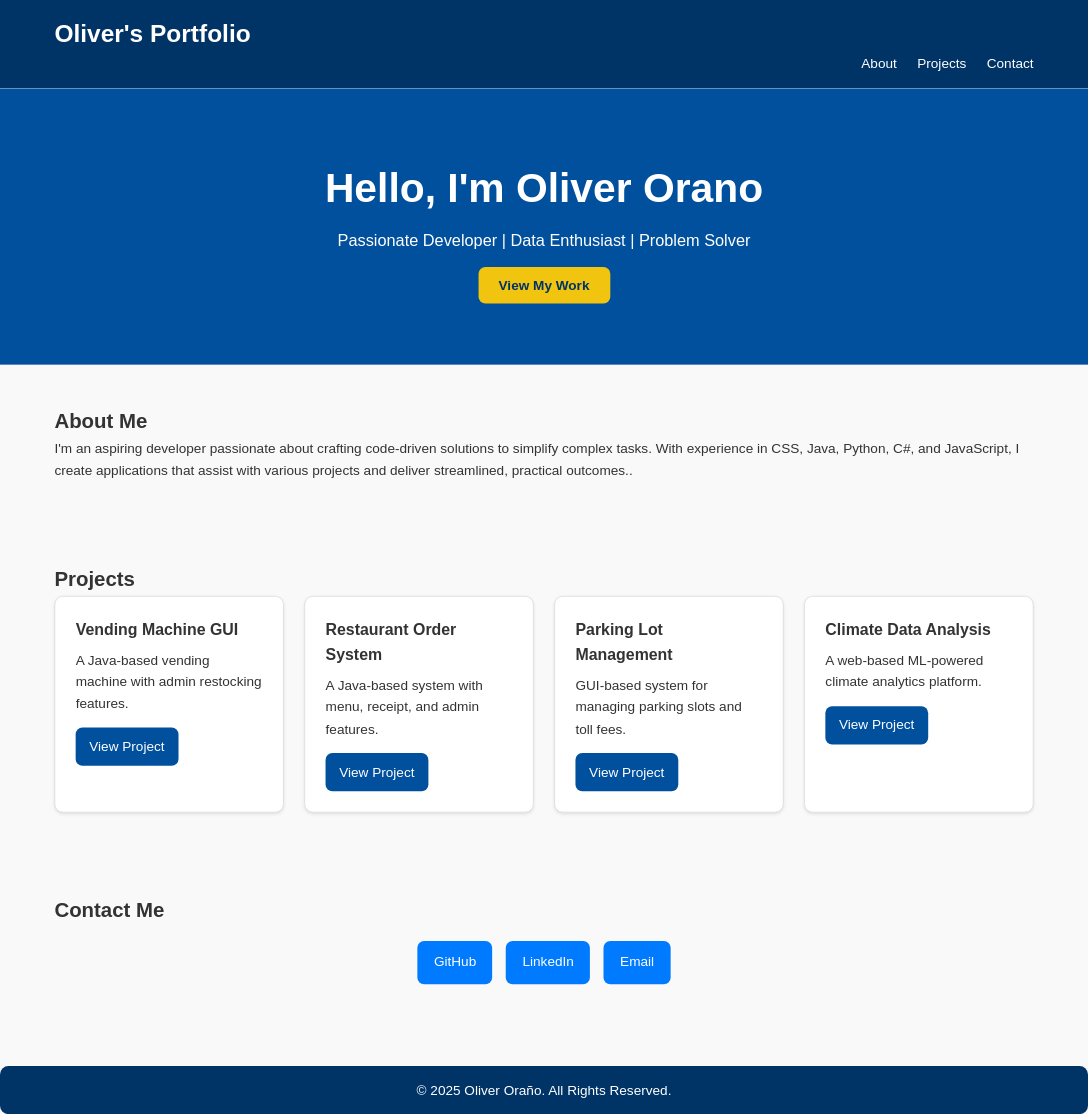
Repository: nightmar3fuel/portfolio.html
Page: my.html
These files come from the project's save history. The page is drawn as it stood at one moment and after the next save; the edit follows.
The browser window is 1280 px wide. The pictures show the whole page, at 85% of full size.

Above is the page before, as saved 2025-02-06 14:35:45.

### my.html
<!DOCTYPE html>
<html lang="en">

<head>
    <meta charset="UTF-8">
    <meta name="viewport" content="width=device-width, initial-scale=1.0">
    <title>Your Portfolio</title>
    <link rel="stylesheet" href="styles.css">
</head>

<body>
    <header>
        <nav class="navbar">
            <div class="container">
                <h1 class="logo">Oliver's Portfolio</h1>
                <ul class="nav-links">
                    <li><a href="#about">About</a></li>
                    <li><a href="#projects">Projects</a></li>
                    <li><a href="#contact">Contact</a></li>
                </ul>
            </div>
        </nav>
    </header>

    <section id="hero">
        <div class="hero-container">
            <h2>Hello, I'm Oliver Orano</h2>
            <p>Passionate Developer | Data Enthusiast | Problem Solver</p>
            <a href="#projects" class="cta-button">View My Work</a>
        </div>
    </section>

    <section id="about">
        <div class="container">
            <h2>About Me</h2>
            <p>I'm an aspiring developer passionate about crafting code-driven solutions to simplify complex tasks. With experience in CSS, Java, Python, C#, and JavaScript, I create applications that assist with various projects and deliver streamlined,
                practical outcomes..</p>
        </div>
    </section>

    <section id="projects">
        <div class="container">
            <h2>Projects</h2>
            <div class="project-grid">
                <div class="project-card">
                    <h3>Vending Machine GUI</h3>
                    <p>A Java-based vending machine with admin restocking features.</p>
                    <a href="#" target="_blank" class="project-link">View Project</a>
                </div>
                <div class="project-card">
                    <h3>Restaurant Order System</h3>
                    <p>A Java-based system with menu, receipt, and admin features.</p>
                    <a href="#" target="_blank" class="project-link">View Project</a>
                </div>
                <div class="project-card">
                    <h3>Parking Lot Management</h3>
                    <p>GUI-based system for managing parking slots and toll fees.</p>
                    <a href="#" target="_blank" class="project-link">View Project</a>
                </div>
                <div class="project-card">
                    <h3>Climate Data Analysis</h3>
                    <p>A web-based ML-powered climate analytics platform.</p>
                    <a href="#" target="_blank" class="project-link">View Project</a>
                </div>
            </div>
        </div>
    </section>

    <section id="contact">
        <div class="container">
            <h2>Contact Me</h2>
            <div class="contact-links">
                <a href="https://github.com/nightmar3fuel" target="_blank">GitHub</a>
                <a href="https://linkedin.com/in/yourlinkedin" target="_blank">LinkedIn</a>
                <a href="mailto:oliverorano141@gmail.com">Email</a>
            </div>
        </div>
    </section>

    <footer>
        <p>&copy; 2025 Oliver Oraño. All Rights Reserved.</p>
    </footer>

</body>

</html>

### styles.css
/* General Reset */

* {
    margin: 0;
    padding: 0;
    box-sizing: border-box;
}

body {
    font-family: 'Arial', sans-serif;
    background-color: #f9f9f9;
    color: #333;
    line-height: 1.6;
}


/* Navbar */

.navbar {
    background-color: #003366;
    color: white;
    padding: 1rem 0;
    position: sticky;
    top: 0;
    z-index: 1000;
}

.container {
    max-width: 1200px;
    margin: 0 auto;
    padding: 0 1.5rem;
}

.navbar .logo {
    font-size: 1.8rem;
    font-weight: bold;
}

.nav-links {
    list-style: none;
    display: flex;
    justify-content: flex-end;
}

.nav-links li {
    margin-left: 1.5rem;
}

.nav-links a {
    color: white;
    text-decoration: none;
    font-size: 1rem;
    transition: color 0.3s;
}

.nav-links a:hover {
    color: #f1c40f;
}


/* Hero Section */

#hero {
    background-color: #00509e;
    color: white;
    padding: 5rem 0;
    text-align: center;
}

.hero-container h2 {
    font-size: 3rem;
    margin-bottom: 0.5rem;
}

.hero-container p {
    font-size: 1.2rem;
    margin-bottom: 1.5rem;
}

.cta-button {
    background-color: #f1c40f;
    color: #003366;
    padding: 0.8rem 1.5rem;
    text-decoration: none;
    font-weight: bold;
    border-radius: 8px;
    transition: background-color 0.3s;
}

.cta-button:hover {
    background-color: #003366;
    color: white;
}


/* Section Styling */

section {
    padding: 3rem 0;
}


/* Project Section */

.project-grid {
    display: grid;
    grid-template-columns: repeat(auto-fit, minmax(250px, 1fr));
    gap: 1.5rem;
}

.project-card {
    background: white;
    padding: 1.5rem;
    border: 1px solid #ddd;
    border-radius: 10px;
    box-shadow: 0 2px 4px rgba(0, 0, 0, 0.1);
    transition: transform 0.2s, box-shadow 0.2s;
}

.project-card:hover {
    transform: translateY(-5px);
    box-shadow: 0 4px 8px rgba(0, 0, 0, 0.2);
}

.project-card h3 {
    margin-bottom: 0.5rem;
}

.project-card p {
    margin-bottom: 1rem;
}

.project-link {
    text-decoration: none;
    background-color: #00509e;
    color: white;
    padding: 0.6rem 1rem;
    border-radius: 8px;
    display: inline-block;
    transition: background-color 0.3s;
}

.project-link:hover {
    background-color: #003366;
}


/* Contact Section */

.contact-links {
    display: flex;
    justify-content: center;
    gap: 1rem;
    margin-top: 1rem;
}

.contact-links a {
    text-decoration: none;
    background-color: #007BFF;
    color: white;
    padding: 0.8rem 1.2rem;
    border-radius: 8px;
    transition: background-color 0.2s;
}

.contact-links a:hover {
    background-color: #0056b3;
}


/* Footer */

footer {
    background-color: #003366;
    color: white;
    text-align: center;
    padding: 1rem 0;
    margin-top: 3rem;
    border-radius: 10px;
}

After the next save:
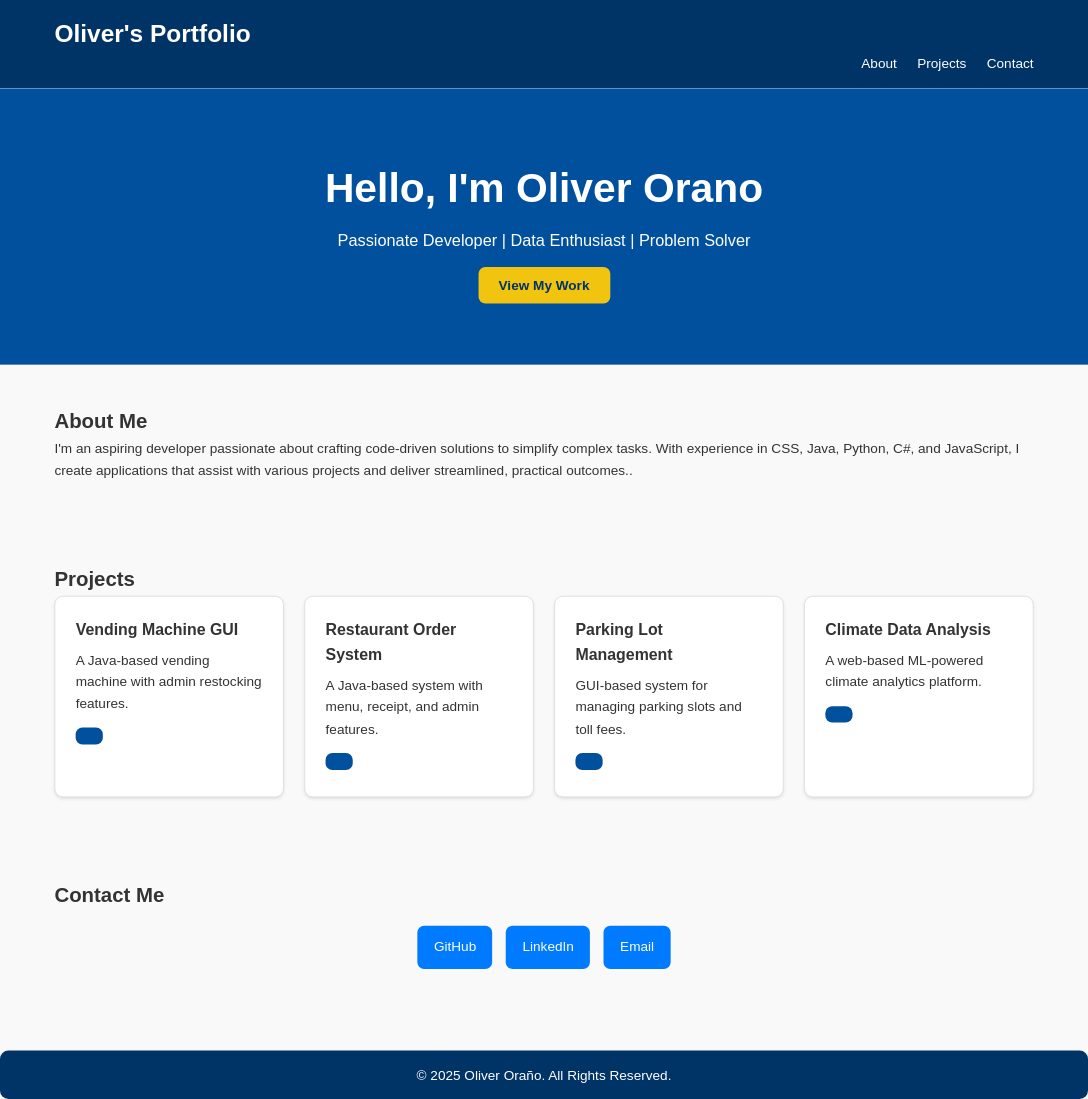
Saved 4 min 45 s later.
--- a/my.html
+++ b/my.html
@@ -45,22 +45,22 @@
                 <div class="project-card">
                     <h3>Vending Machine GUI</h3>
                     <p>A Java-based vending machine with admin restocking features.</p>
-                    <a href="#" target="_blank" class="project-link">View Project</a>
+                    <a href="#" target="_blank" class="project-link"></a>
                 </div>
                 <div class="project-card">
                     <h3>Restaurant Order System</h3>
                     <p>A Java-based system with menu, receipt, and admin features.</p>
-                    <a href="#" target="_blank" class="project-link">View Project</a>
+                    <a href="#" target="_blank" class="project-link"></a>
                 </div>
                 <div class="project-card">
                     <h3>Parking Lot Management</h3>
                     <p>GUI-based system for managing parking slots and toll fees.</p>
-                    <a href="#" target="_blank" class="project-link">View Project</a>
+                    <a href="#" target="_blank" class="project-link"></a>
                 </div>
                 <div class="project-card">
                     <h3>Climate Data Analysis</h3>
                     <p>A web-based ML-powered climate analytics platform.</p>
-                    <a href="#" target="_blank" class="project-link">View Project</a>
+                    <a href="#" target="_blank" class="project-link"></a>
                 </div>
             </div>
         </div>

After the save that followed:
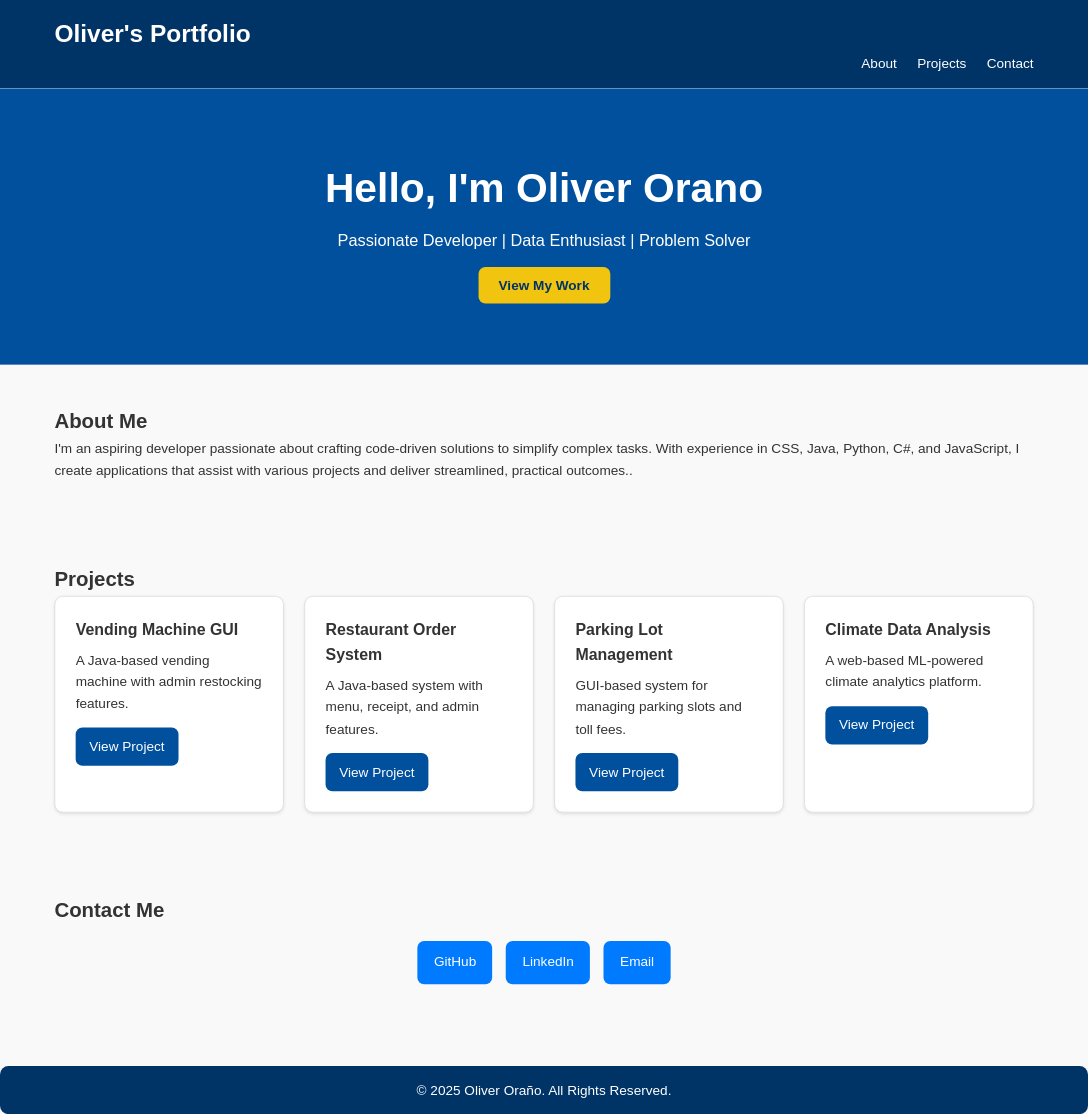
Saved 55 s later.
--- a/my.html
+++ b/my.html
@@ -45,22 +45,22 @@
                 <div class="project-card">
                     <h3>Vending Machine GUI</h3>
                     <p>A Java-based vending machine with admin restocking features.</p>
-                    <a href="#" target="_blank" class="project-link"></a>
+                    <a href="#" target="_blank" class="project-link">View Project</a>
                 </div>
                 <div class="project-card">
                     <h3>Restaurant Order System</h3>
                     <p>A Java-based system with menu, receipt, and admin features.</p>
-                    <a href="#" target="_blank" class="project-link"></a>
+                    <a href="#" target="_blank" class="project-link">View Project</a>
                 </div>
                 <div class="project-card">
                     <h3>Parking Lot Management</h3>
                     <p>GUI-based system for managing parking slots and toll fees.</p>
-                    <a href="#" target="_blank" class="project-link"></a>
+                    <a href="#" target="_blank" class="project-link">View Project</a>
                 </div>
                 <div class="project-card">
                     <h3>Climate Data Analysis</h3>
                     <p>A web-based ML-powered climate analytics platform.</p>
-                    <a href="#" target="_blank" class="project-link"></a>
+                    <a href="#" target="_blank" class="project-link">View Project</a>
                 </div>
             </div>
         </div>
